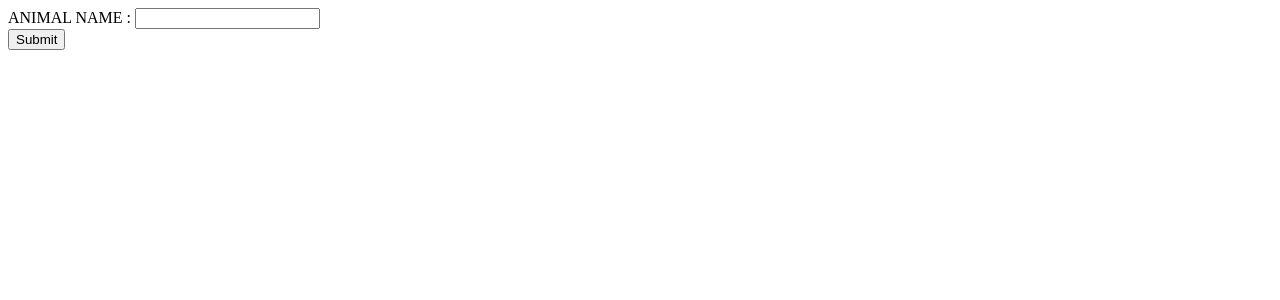
Repository: ShashantNagpure/AllProjects
Page: http://localhost/JspDemo/choose.jsp
An editor plug-in stored every save of this project. The page is shown before and after the next save, followed by the edit.
The browser window is 1280 px wide. The pictures show the whole page.
The page is served by Tomcat 9.

Above is the page before, as saved 2018-09-18 08:55:58.

### JspDemo/WebContent/choose.jsp
<%@ page language="java" contentType="text/html; charset=ISO-8859-1"
    pageEncoding="ISO-8859-1"%>
<!DOCTYPE html>
<html>
<head>
<meta charset="ISO-8859-1">
<title>Insert title here</title>
</head>
<body>
<form äction="animal.jsp">
ANIMAL NAME : <input type="text" name="animal">
<br> <input type="submit" name="show">
</form>
</body>
</html>

After the next save:
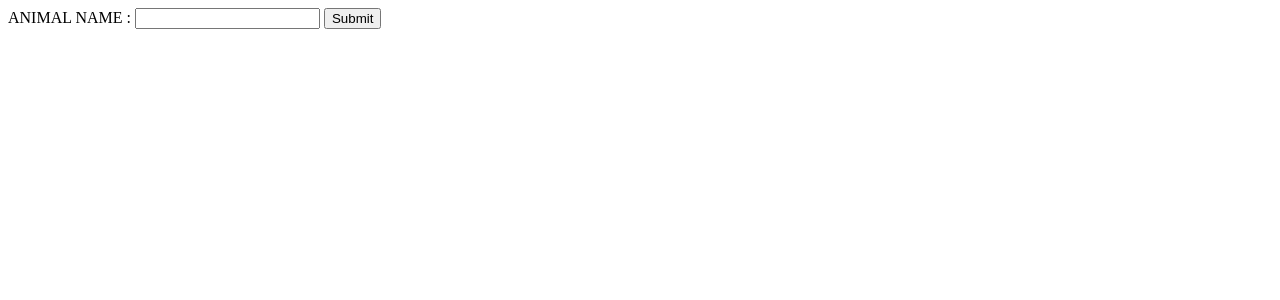
Saved 74 s later.
--- a/JspDemo/WebContent/choose.jsp
+++ b/JspDemo/WebContent/choose.jsp
@@ -9,7 +9,7 @@
 <body>
 <form äction="animal.jsp">
 ANIMAL NAME : <input type="text" name="animal">
-<br> <input type="submit" name="show">
+ <input type="submit" name="show">
 </form>
 </body>
 </html>
